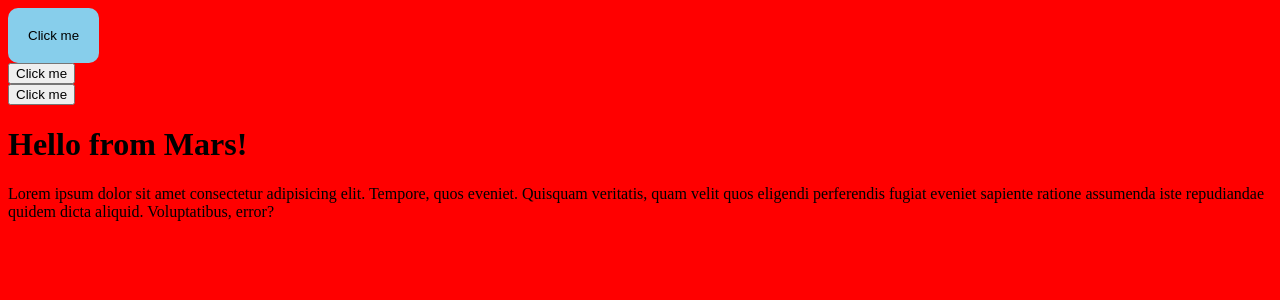
Repository: imokha01/DOM
Page: index.html
An editor plug-in stored every save of this project. The page is shown before and after the next save, followed by the edit.
The browser window is 1280 px wide. The pictures show the whole page.

Above is the page before, as saved 2023-12-18 12:03:19.

After the next save:
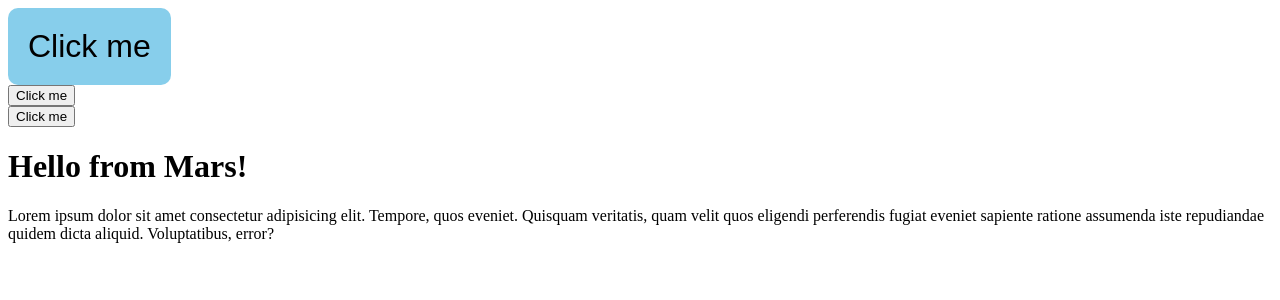
Saved 2 min 29 s later.
--- a/index.js
+++ b/index.js
@@ -5,6 +5,7 @@ button.style.backgroundColor = "skyblue"
 button.style.padding = "20px";
 button.style.border = "none";
 button.style.borderRadius = "10px";
+button.style.fontSize  = "2em"
 
 const body = document.querySelector("body")
-body.style.backgroundColor = "red"
+body.style.backgroundColor = "e"
